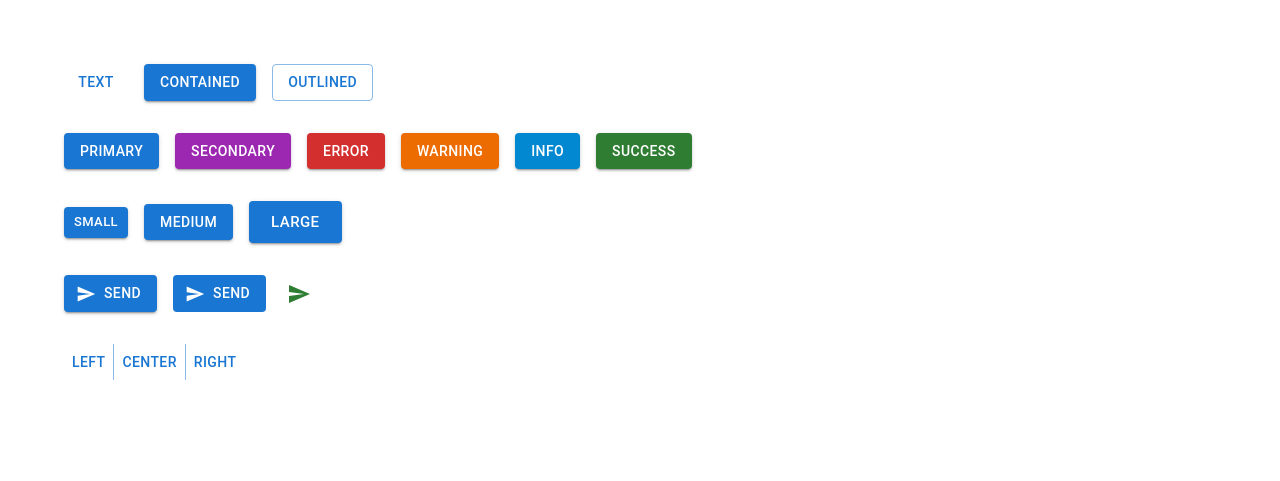
Repository: janidulnkg1/react-mui
Page: / (app in mui-demo/)
These files come from the project's save history. The page is drawn as it stood at one moment and after a run of saves; the edit follows.
The browser window is 1280 px wide. The pictures show the whole page.
The project was rebuilt for these pictures with package versions that can differ from the ones it lists, and the page was loaded fresh each time.

Above is the page before, as saved 2023-11-08 14:37:24.

### mui-demo/src/App.tsx
import './App.css';
//import { MuiTypography } from './components/MuiTypography';
import { MuiButton } from './components/MuiButton';

function App() {
  return (
    <div className="App">

      {/*MuiTypography */}
      <MuiButton />
    </div>
  );
}

export default App;

### mui-demo/src/components/MuiButton.tsx
import {Button, Stack, IconButton, ButtonGroup} from "@mui/material"
import SendIcon from '@mui/icons-material/Send';


export const MuiButton = () => {
  return (
    <Stack spacing={4}>
        <Stack spacing={2} direction='row'>
            <Button variant='text' href='https://google.com'>Text</Button>
            <Button variant='contained'>Contained</Button>
            <Button variant='outlined'>Outlined</Button>
        </Stack>

        <Stack spacing={2} direction='row'>
            <Button variant='contained' color='primary'>Primary</Button>
            <Button variant='contained' color='secondary'>Secondary</Button>
            <Button variant='contained' color='error'>Error</Button>
            <Button variant='contained' color='warning'>Warning</Button>
            <Button variant='contained' color='info'>Info</Button>
            <Button variant='contained' color='success'>Success</Button>
        </Stack>

        <Stack display='block' spacing={2} direction='row'>
            <Button variant='contained' size='small'>Small</Button>
            <Button variant='contained' size='medium'>Medium</Button>
            <Button variant='contained' size='large'>Large</Button>
        </Stack>

        <Stack spacing={2} direction='row'>
            <Button variant='contained' startIcon={<SendIcon />} disableRipple onClick={() => alert('Clicked')}>Send</Button>
            <Button variant='contained' startIcon={<SendIcon />} disableElevation>Send</Button>

            <IconButton aria-label='send' color='success' size='small'>
                <SendIcon />
            </IconButton>
        </Stack>

        <Stack direction='row'>
            <ButtonGroup variant='text'>
                <Button>Left</Button>
                <Button>Center</Button>
                <Button>Right</Button>
            </ButtonGroup>
        </Stack>

    </Stack>
  )
}

Loaded but not shown: mui-demo/public/index.html (common file); mui-demo/src/index.tsx (common file); mui-demo/src/index.css (common file); mui-demo/src/reportWebVitals.ts (common file); mui-demo/src/App.css (common file)

After the next 4 saves:
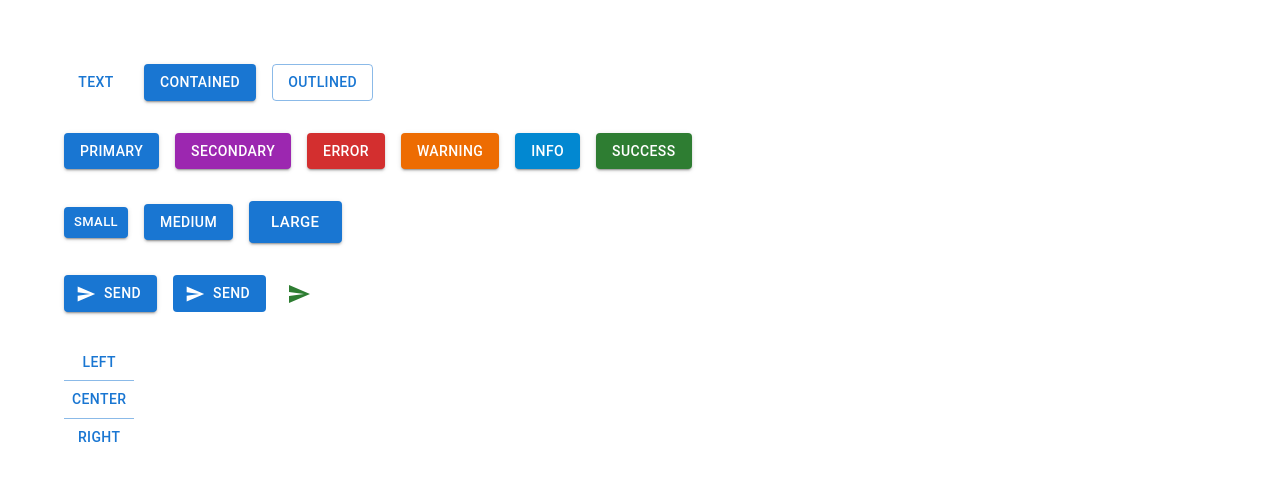
The 4 saves are shown as one change because they came seconds apart.
The last was saved 25 s later.
--- a/mui-demo/src/components/MuiButton.tsx
+++ b/mui-demo/src/components/MuiButton.tsx
@@ -36,7 +36,7 @@ export const MuiButton = () => {
         </Stack>
 
         <Stack direction='row'>
-            <ButtonGroup variant='text'>
+            <ButtonGroup variant='text' orientation='vertical'>
                 <Button>Left</Button>
                 <Button>Center</Button>
                 <Button>Right</Button>
